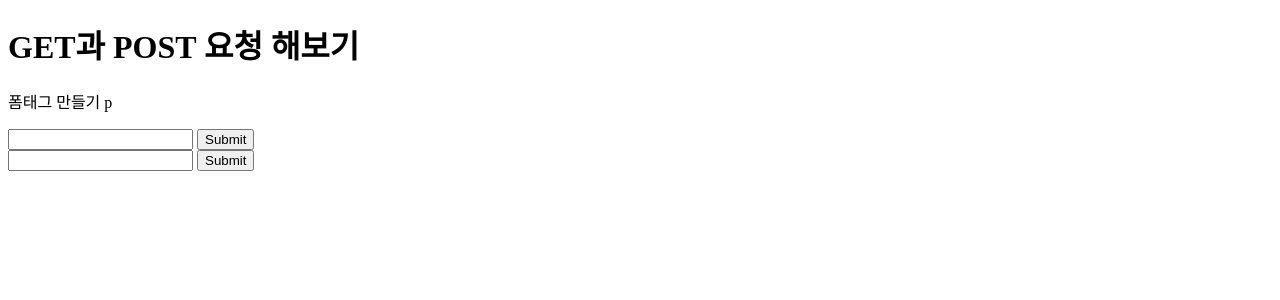
Repository: SanctusAlbino/Jsp_Servlet
Page: 01.HelloJspServlet/src/main/webapp/getpost.html
The author's editor kept a copy of each file at every save. The page is drawn from the files as they stood at one save, then again after the next save.
The browser window is 1280 px wide. The pictures show the whole page.

Above is the page before, as saved 2023-05-18 02:20:44.

After the next save:
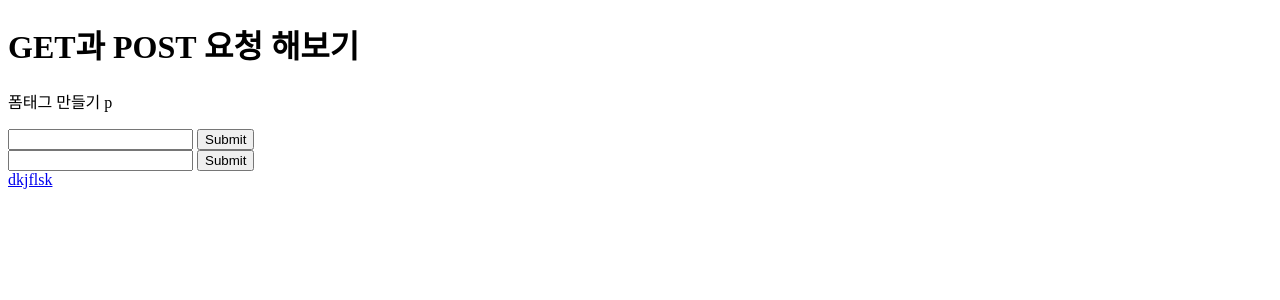
Saved 2 min 33 s later.
--- a/01.HelloJspServlet/src/main/webapp/getpost.html
+++ b/01.HelloJspServlet/src/main/webapp/getpost.html
@@ -16,5 +16,9 @@
 		<input type="submit">
 	</form>
 
+	<!-- a태그로 Ex03_GetPost요청해보기 -->
+	<a href="Ex03_GetPost">dkjflsk</a>
+
+
 </body>
 </html>
